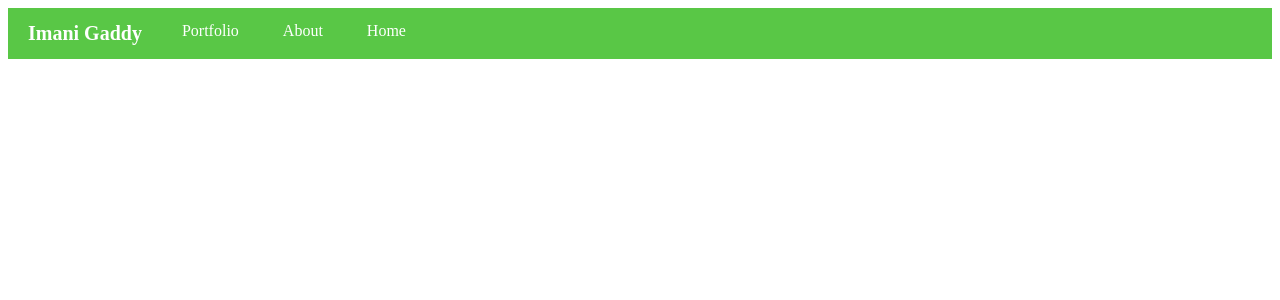
Repository: website-dev-team/website-repo
Page: personal_site/portfolio.html
These files come from the project's save history. The page is drawn as it stood at one moment and after the next save; the edit follows.
The browser window is 1280 px wide. The pictures show the whole page.

Above is the page before, as saved 2024-07-13 04:51:34.

### personal_site/portfolio.html
<!DOCTYPE html>
<html lang="en">
<head>
    <meta charset="UTF-8">
    <meta name="viewport" content="width=device-width, initial-scale=1.0">
    <title>My Personal Website</title>
    <link rel="stylesheet" href="style.css">
</head>
<body>
    <header>
        <nav class="navbar">
            <a class="logo" href="#">Imani Gaddy</a>
            <a href="./portfolio.html" class="nav-item">Portfolio</a>
            <a href="./about.html" class="nav-item">About</a>
            <a href="./home.html" class="nav-item">Home</a>
        </nav>
    </header>

</body>
</html>

### personal_site/style.css
.navbar {
    background-color: #59c746;
    overflow: hidden;
}

.navbar a {
    display: inline-block;
    text-decoration: none;
    text-align: center;
    padding: 14px 20px;
    color: white;
}

.navbar a:hover {
    background-color: white;
    color: black;
}

.navbar .logo {
    font-size: 20px;
    font-weight: bold;
    float: left;
}

After the next save:
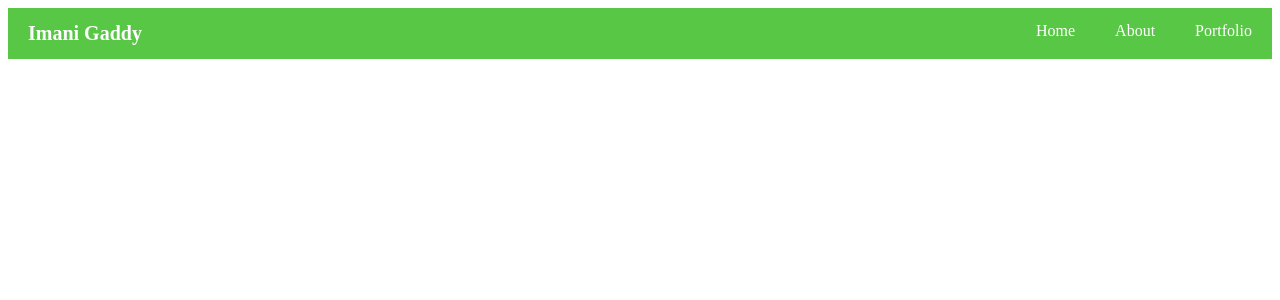
Saved 2 min 45 s later.
--- a/personal_site/style.css
+++ b/personal_site/style.css
@@ -21,3 +21,7 @@
     font-weight: bold;
     float: left;
 }
+
+.navbar .nav-item {
+    float: right;
+}
